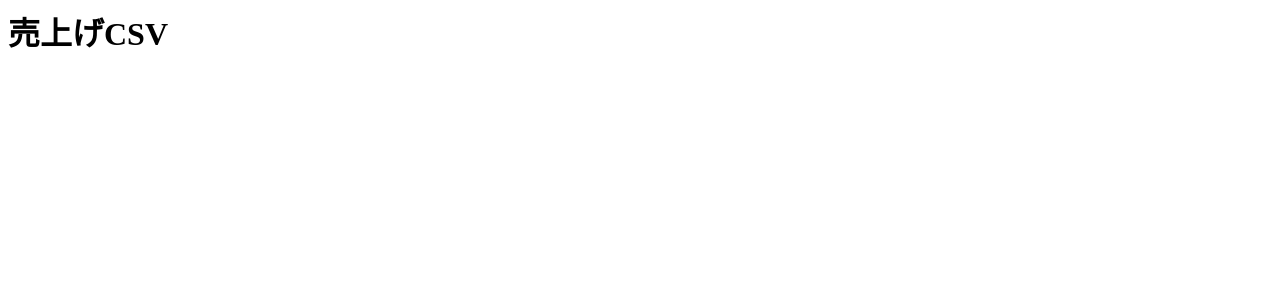
Repository: Wadakai-97/FuelTry
Page: http://localhost/fuel/app/views/sale/list.php
An editor plug-in stored every save of this project. The page is shown before and after a run of saves, followed by the edit.
The browser window is 1280 px wide. The pictures show the whole page.
The page is run by PHP 8.4 with error messages shown; the project is at /var/www/html/.

Above is the page before, as saved 2022-10-10 22:56:41.

After the next 2 saves:
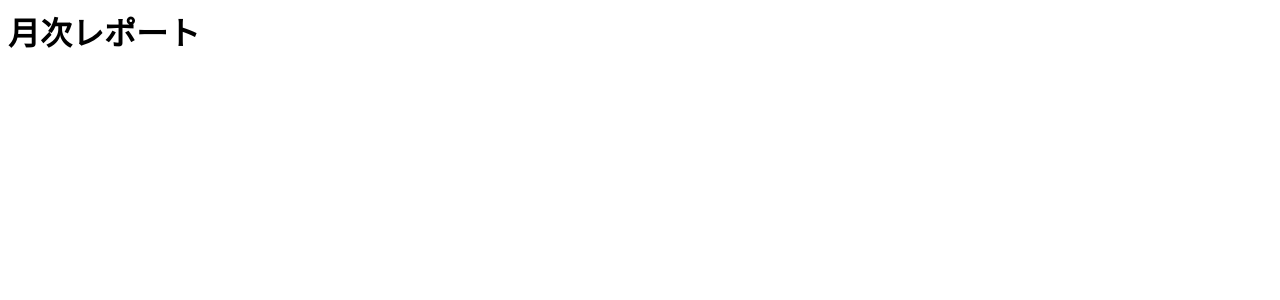
The 2 saves are shown as one change because they came seconds apart.
The last was saved 8 s later.
--- a/fuel/app/views/sale/list.php
+++ b/fuel/app/views/sale/list.php
@@ -1 +1 @@
-<h1>売上げCSV</h1>
+<h1>月次レポート</h1>
